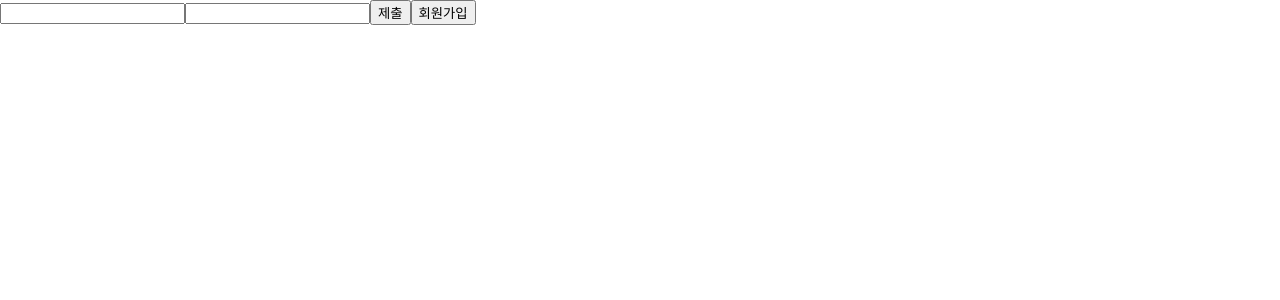
Repository: songeunleee/wanted-pre-onboarding-frontend
Page: /
These files come from the project's save history. The page is drawn as it stood at one moment and after the next save; the edit follows.
The browser window is 1280 px wide. The pictures show the whole page.
The project was rebuilt for these pictures with package versions that can differ from the ones it lists, and the page was loaded fresh each time. Also part of the build but not shown: src/App.css, src/components/Signup.jsx, src/components/TodoList.jsx.

Above is the page before, as saved 2023-02-02 16:26:24.

After the next save:
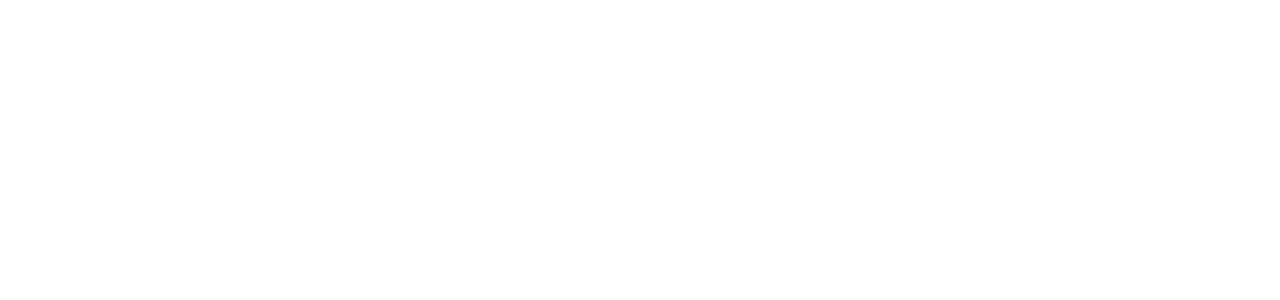
Saved 75 s later.
--- a/src/index.js
+++ b/src/index.js
@@ -13,9 +13,9 @@
 const router = createBrowserRouter([
   {
     path: "/",
-    element: <Signin />,
+    element: <App />,
     children: [
-      { path: "/signin", element: <Signup /> },
+      { path: "/signin", element: <Signin /> },
       { path: "/signup", element: <Signup /> },
       { path: "/todo", element: <TodoList /> },
     ],

After the save that followed:
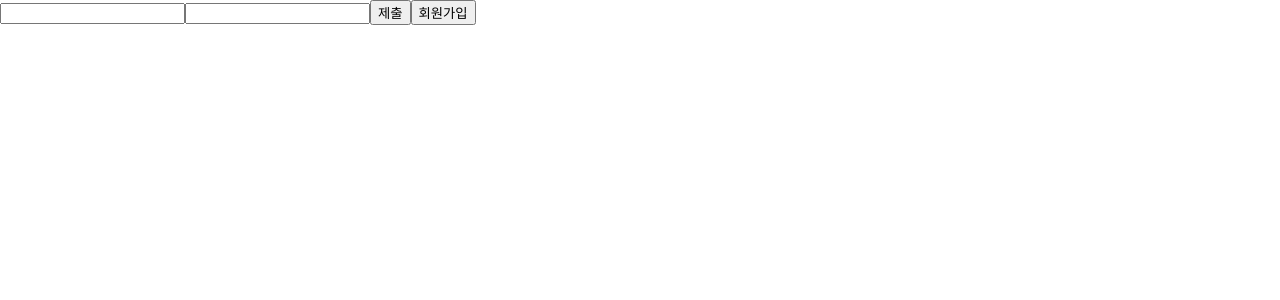
Saved 32 s later.
--- a/src/index.js
+++ b/src/index.js
@@ -15,6 +15,10 @@
     path: "/",
     element: <App />,
     children: [
+      {
+        index: true,
+        element: <Signin />,
+      },
       { path: "/signin", element: <Signin /> },
       { path: "/signup", element: <Signup /> },
       { path: "/todo", element: <TodoList /> },
